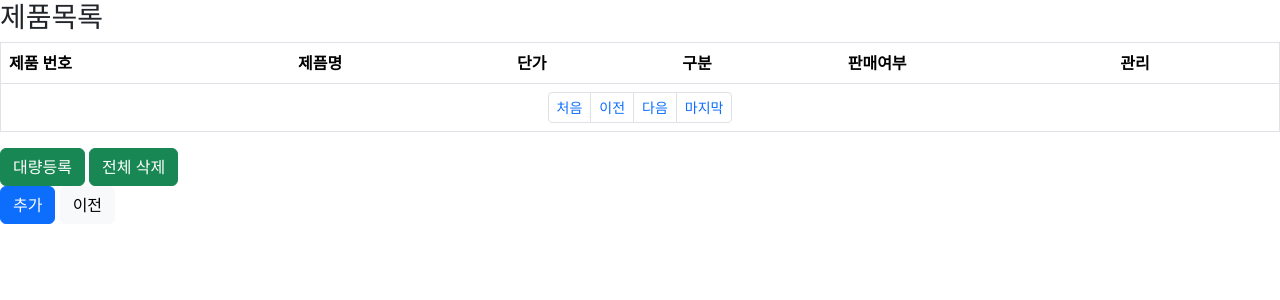
Repository: Hongsomang/spring2
Page: http://localhost/StarCafe/WEB-INF/views/product/list.jsp
The author's editor kept a copy of each file at every save. The page is drawn from the files as they stood at one save, then again after the next save.
The browser window is 1280 px wide. The pictures show the whole page.
The page is served by Tomcat 9. Nobody is signed in. The template is opened directly, without the code that normally fills it, so the values that code supplies are empty.

Above is the page before, as saved 2023-03-09 01:43:04.

After the next save:
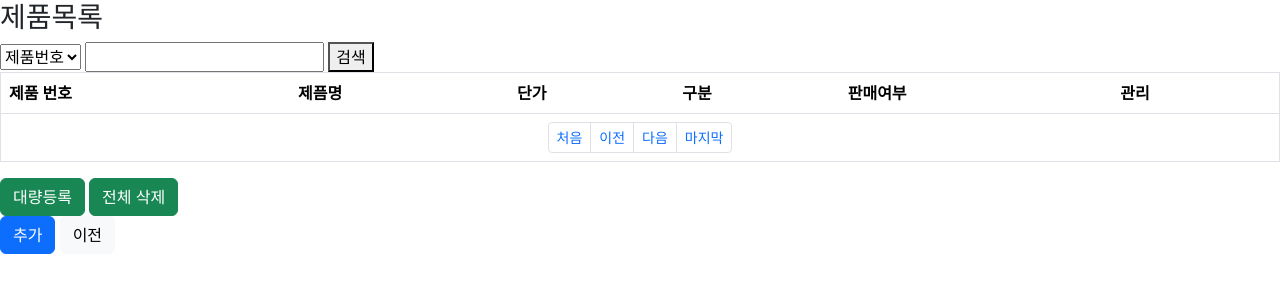
Saved 4 min 26 s later.
--- a/StarCafe/src/main/webapp/WEB-INF/views/product/list.jsp
+++ b/StarCafe/src/main/webapp/WEB-INF/views/product/list.jsp
@@ -13,6 +13,19 @@
 	<div>
 		<div>
 			<h3>제품목록</h3>
+		</div>
+		<div>
+			<form action="">
+				<select name="search">
+					<option value="1">제품번호</option>
+					<option value="2">제품명</option>
+					<option value="3">단가</option>
+					<option value="4">구분</option>
+					<option value="5">판매여부</option>
+				</select>
+				<input name="keyword" type="text">
+				<button >검색</button>
+			</form>
 		</div>
 		<div>
 			<table border="1" class="table">
